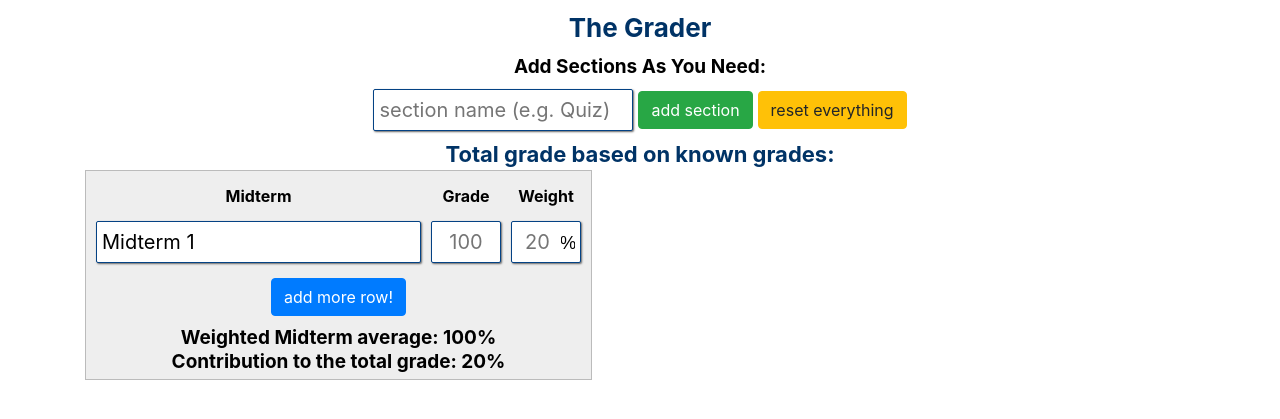
Repository: BarishNamazov/BarishNamazov.github.io
Page: thegrader/index.html
These files come from the project's save history. The page is drawn as it stood at one moment and after the next save; the edit follows.
The browser window is 1280 px wide. The pictures show the whole page.

Above is the page before, as saved 2020-10-31 19:47:41.

After the next save:
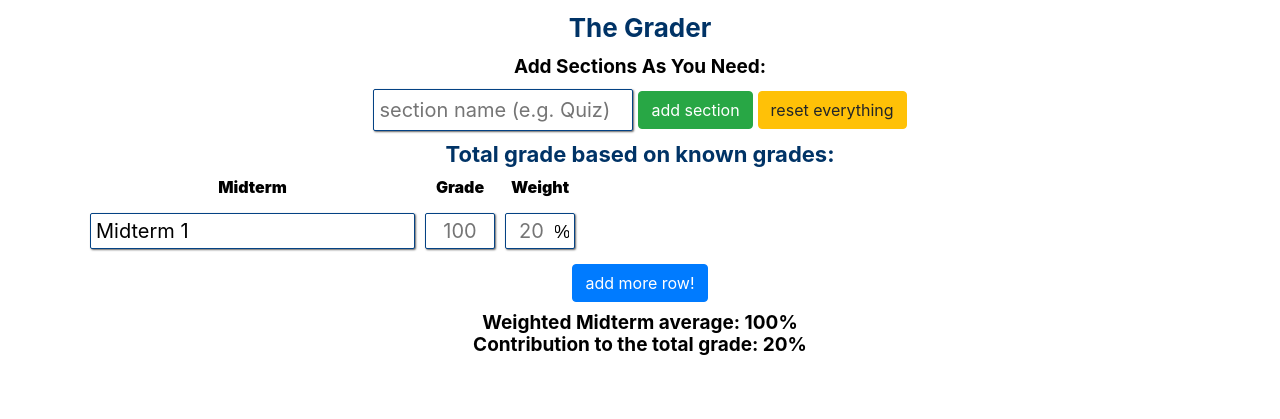
Saved 29 s later.
--- a/thegrader/index.html
+++ b/thegrader/index.html
@@ -25,7 +25,7 @@
           </div>
 
           <div id="totalGrade">
-            <h2>Total grade based on known grades: </h2>
+            <h2>Total grade based on known grades: <span class="</h2>
           </div>
 
           <table class="gradePanel">

After the save that followed:
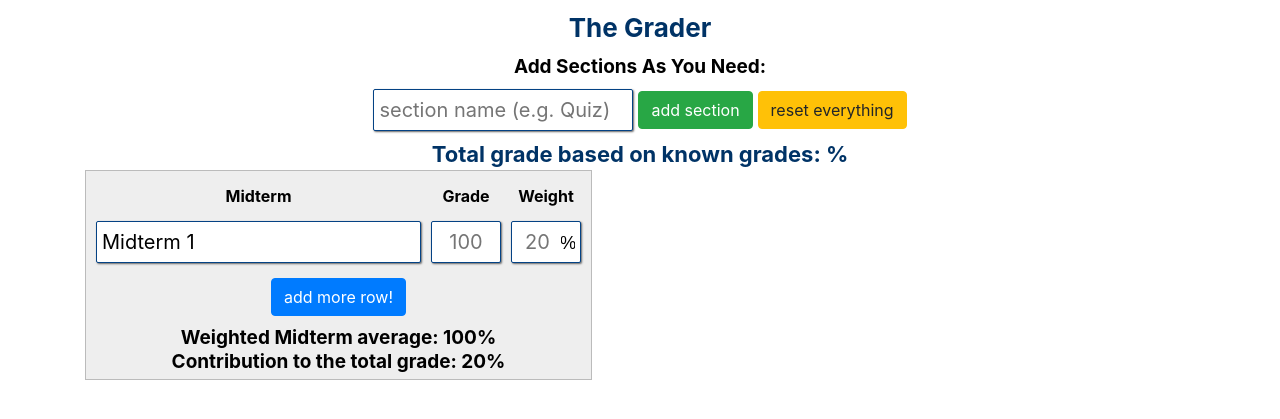
Saved 11 s later.
--- a/thegrader/index.html
+++ b/thegrader/index.html
@@ -25,7 +25,7 @@
           </div>
 
           <div id="totalGrade">
-            <h2>Total grade based on known grades: <span class="</h2>
+            <h2>Total grade based on known grades: <span class="onlyKnownGrades"> </span>%</h2>
           </div>
 
           <table class="gradePanel">
